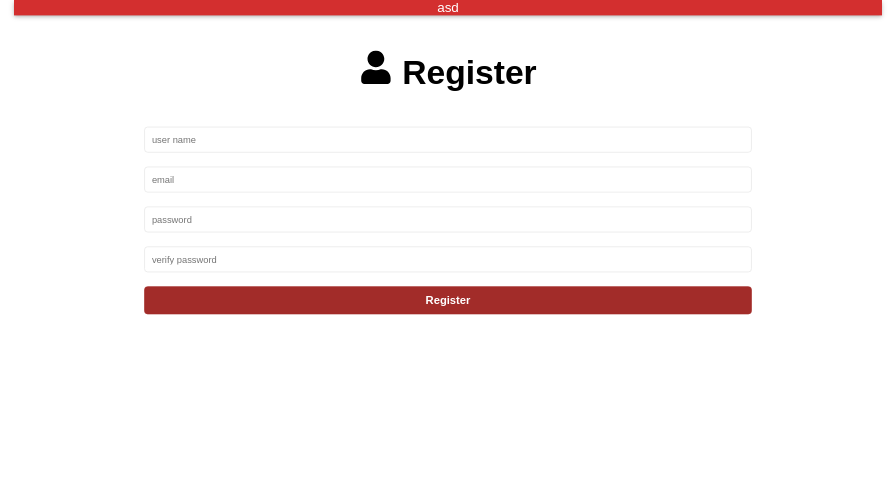
Repository: halilhaninan/MERNSTACK-Note-App
Page: /register (app in frontend/)
The author's editor kept a copy of each file at every save. The page is drawn from the files as they stood at one save, then again after the next save.
The browser window is 1280 px wide. The pictures show the part of the page from y = 0 to 1920 px (the page is 720 px tall before and 50510 px after), at 70% of full size.
The project was rebuilt for these pictures with package versions that can differ from the ones it lists, and the page was loaded fresh each time. Also part of the build but not shown: frontend/src/Components/NotForm.jsx, frontend/src/Components/Spinner.jsx, frontend/src/Components/Not.jsx, frontend/src/pages/Dashboard.jsx, frontend/src/pages/Login.jsx, frontend/src/features/counter/counterSlice.js, frontend/src/features/counter/counter.js, frontend/src/App.css.

Above is the page before, as saved 2022-09-03 10:59:49.

After the next save:
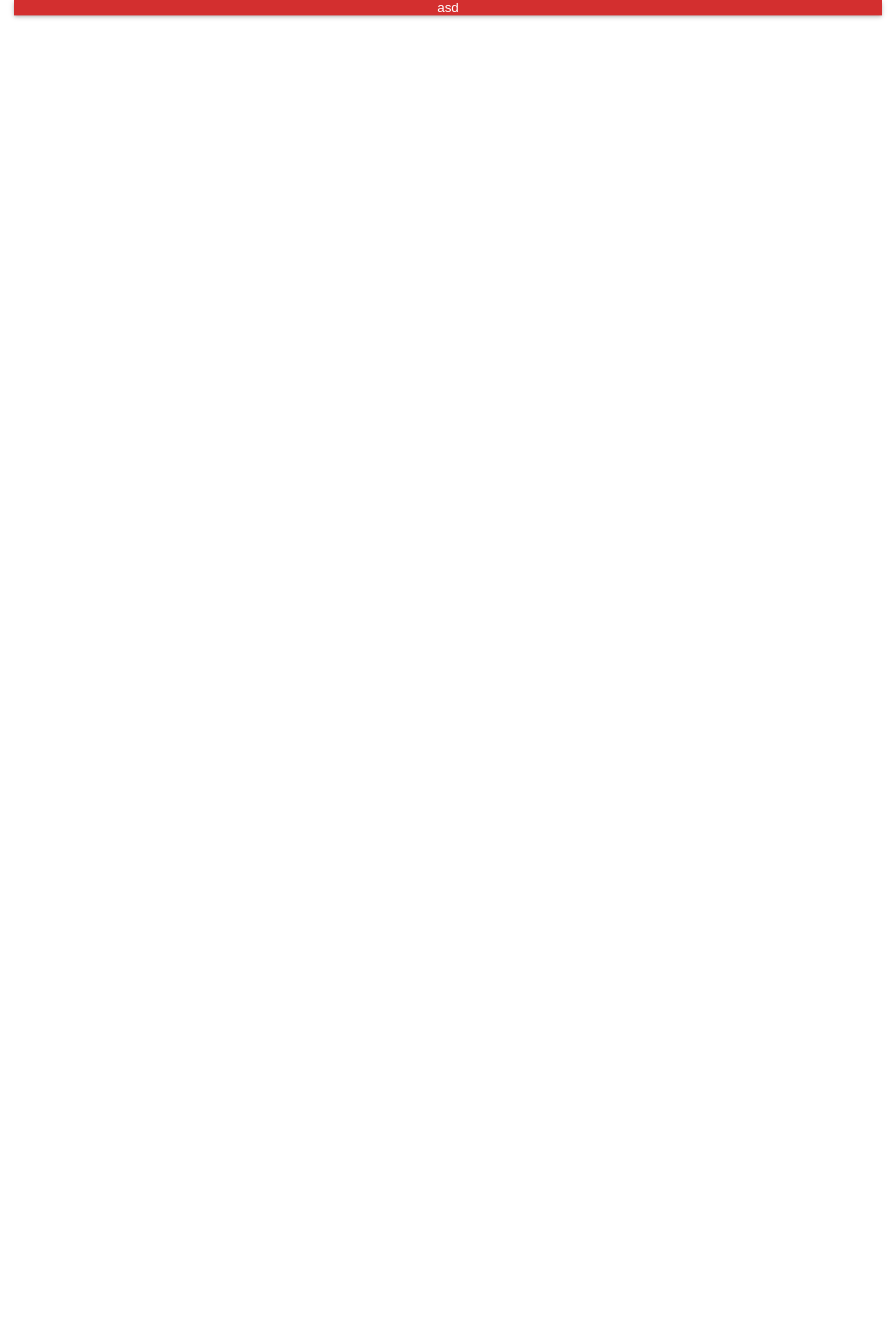
Saved 20 s later.
--- a/frontend/src/Components/Header.jsx
+++ b/frontend/src/Components/Header.jsx
@@ -20,7 +20,7 @@ function Header() {
   };
 
   return (
-    <AppBar position="static" color="error" sx={{ marginBottom: "50px" }}>
+    <AppBar position="static" color="error" sx={{ marginBottom: "50111px" }}>
       asd
     </AppBar>
   );
